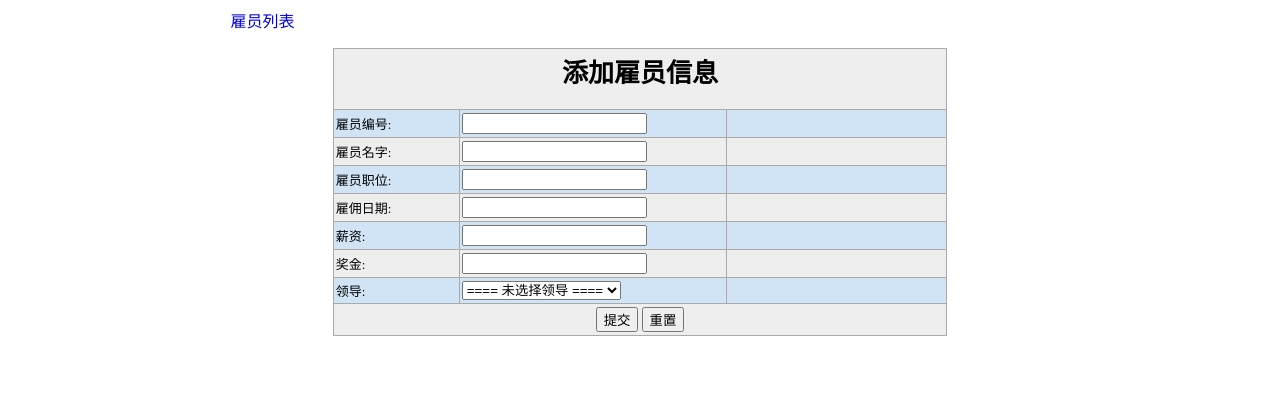
Repository: victorlks/java_with_anything
Page: http://localhost/DepartmentProject/pages/back/admin/employee/employee_insert.jsp
The author's editor kept a copy of each file at every save. The page is drawn from the files as they stood at one save, then again after a run of saves.
The browser window is 1280 px wide. The pictures show the whole page.
The page is served by Tomcat 9. Other server files are loaded and not shown. Queries for data that is not in the repository find no rows.

Above is the page before, as saved 2020-06-17 01:31:00.

### project/java/DepartmentProject/WebRoot/pages/back/admin/employee/employee_insert.jsp
<%@ page language="java" import="java.util.*" pageEncoding="UTF-8"%>
<%@ page import="org.lks.factory.*" %>
<%@ page import="org.lks.vo.*" %>
<%
	request.setCharacterEncoding("UTF-8");
%>
<%
String path = request.getContextPath();
String basePath = request.getScheme()+"://"+request.getServerName()+":"+request.getServerPort()+path+"/";
String doInsertUrl = basePath + "pages/back/admin/employee/" + "employee_insert_do.jsp";
String listUrl = basePath + "pages/back/admin/employee/" + "employee_split_list.jsp";
%>
<%
	Map<String,Object> map = ServiceFactory.getIEmployeeServiceInstance().insertPre();
	List<Employee> all = (List<Employee>)map.get("allEmployees");
%>

<html>
  <head>
    <base href="<%=basePath%>">
    <title>雇员管理</title>
    <link type="text/css" rel="stylesheet" href="css/table.css">
    <link type="text/css" rel="stylesheet" href="css/main.css">
    <script type="text/javascript" src="js/ks_validate.js"></script>
    <script type="text/javascript" src="js/employee.js"></script>
  </head>

  <body>
  	<div class="header">
  		<ul>
  			<li><a href="<%=listUrl%>">雇员列表</a></li>
  		</ul>
  	</div>
  	<div class="employeeForm">
	  	<form action="<%=doInsertUrl%>" method="POST">
	  		<table class="blueTable" style="width:60%">
	  			<tr>
	  				<td colspan="3" style="text-align:center"><h1>添加雇员信息</h1></td>
	  			</tr>
	  			<tr>
	  				<td style="width:8%"><span id="eidTitle">雇员编号</span>:</td>
	  				<td style="width:8%"><input type="text" name="eid" id="eid" onblur="validateTextRegex(this.id, /^\d{10}$/)" onkeyup="validateTextRegex(this.id, /^\d{10}$/)"/></td>
	  				<td style="width:14%"><span id="eidHintMsg"></span></td>
	  			</tr>
	  			<tr>
	  				<td><span id="enameTitle">雇员名字</span>:</td>
	  				<td><input type="text" name="ename" id="ename" onblur="validateTextEmpty(this.id)" onkeyup="validateTextEmpty(this.id)"/></td>
	  				<td><span id="enameHintMsg"></span></td>
	  			</tr>
	  			<tr>
	  				<td><span id="ejobTitle">雇员职位</span>:</td>
	  				<td><input type="text" name="ejob" id="ejob" onblur="validateTextEmpty(this.id)" onkeyup="validateTextEmpty(this.id)"/></td>
	  				<td><span id="ejobHintMsg"></span></td>
	  			</tr>
	  			<tr>
	  				<td><span id="ehiredateTitle">雇佣日期</span>:</td>
	  				<td><input type="text" name="ehiredate" id="ehiredate" onblur="validateTextRegex(this.id,/^\d{4}-\d{2}-\d{2}$/)" onkeyup="validateTextRegex(this.id,/^\d{4}-\d{2}-\d{2}$/)"/></td>
	  				<td><span id="ehiredateHintMsg"></span></td>
	  			</tr>
	  			<tr>
	  				<td><span id="esalaryTitle">薪资</span>:</td>
	  				<td><input type="text" name="esalary" id="esalary" onblur="validateTextEmpty(this.id)" onkeyup="validateTextEmpty(this.id)"/></td>
	  				<td><span id="esalaryHintMsg"></span></td>
	  			</tr>
	  			<tr>
	  				<td><span id="ebonusTitle">奖金</span>:</td>
	  				<td><input type="text" name="ebonus" id="ebonus" onblur="validateTextEmpty(this.id)" onkeyup="validateTextEmpty(this.id)"/></td>
	  				<td><span id="ebonusHintMsg"></span></td>
	  			</tr>
	  			<tr>
	  				<td><span id="emanagerTitle">领导</span>:</td>
	  				<td>
	  					<select name="emanager" id="emanager" onclick="validateTextEmpty(this.id)">
	  						<option value="0">==== 未选择领导 ====</option>
<%
	  						for(int i = 0; i < all.size(); i++){
%>
	  							<option value="<%=all.get(i).getEid()%>"><%=all.get(i).getEname()%></option>
<%
	  						}
%>
	  					</select>
	  				</td>
	  				<td><span id="emanagerHintMsg"></span></td>
	  			</tr>
	  			<tr>
	  				<td colspan="3" style="text-align:center">
	  					<input type="submit" value="提交" onclick="return validateEmployeeAll()"/>
	  					<input type="reset" value="重置"/>
	  				</td>
	  			</tr>
	  		</table>
	  	</form>
  	</div>
  </body>
</html>

### project/java/DepartmentProject/src/org/lks/factory/ServiceFactory.java
package org.lks.factory;

import org.lks.service.IDepartmentService;
import org.lks.service.IEmployeeService;
import org.lks.service.impl.DepartmentServiceImpl;
import org.lks.service.impl.EmployeeServiceImpl;

public class ServiceFactory {

	private ServiceFactory(){}

	public static IDepartmentService getIDepartmentServiceInstance(){
		return new DepartmentServiceImpl();
	}

	public static IEmployeeService getIEmployeeServiceInstance(){
		return new EmployeeServiceImpl();
	}
}

### project/java/DepartmentProject/src/org/lks/service/IEmployeeService.java
package org.lks.service;

import java.util.List;
import java.util.Map;
import java.util.Set;

import org.lks.vo.Employee;

/**
 * 实现Employee表的业务层的执行标准，此类一定要负责数据库的打开与关闭操作<br>
 * 此类可以通过DAOFactory类取得IEmployeeDAO接口对象
 * @author 海燕大笨蛋
 *
 */
public interface IEmployeeService {

	/**
	 * 实现雇员数据的增加操作，本次操作要调用IEmployeeDAO接口的如下方法：<br>
	 * <li>需要调用IEmployeeDAO.findById()方法，判断要增加数据的id是否已经存在；
	 * <li>如果现在要增加的数据id不存在则调用IEmployeeDAO.doCreate()方法，返回操作结果。
	 * @param vo 包含了要增加数据的VO对象
	 * @return 如果增加数据的ID重复或保存失败返回false，否则返回true
	 * @throws Exception SQL执行异常
	 */
	public boolean insert(Employee vo) throws Exception;
	/**
	 * 实现雇员数据的修改操作，本次要调用IEmployeeDAO.doUpdate()方法，本次修改属于全部内容的修改；
	 * @param vo 包含了要修改数据的VO对象
	 * @return 修改成功返回true，否则返回false
	 * @throws Exception SQL执行异常
	 */
	public boolean update(Employee vo) throws Exception;
	/**
	 * 执行雇员数据的删除操作，可以删除多个雇员信息，调用IEmployeeDAO.doRemoveBatch()方法
	 * @param ids 包含了全部要删除数据的集合，没有重复数据
	 * @return 删除成功返回true，否则返回false
	 * @throws Exception SQL执行异常
	 */
	public boolean delete(Set<Long> ids) throws Exception;
//	/**
//	 * 根据雇员id查找雇员的完整信息，调用IEmployeeDAO.findById()方法
//	 * @param id 要查找的雇员ID
//	 * @return 如果找到了雇员信息以VO对象返回，否则返回null
//	 * @throws Exception SQL执行异常
//	 */
//	public Employee updatePre(long id) throws Exception;
	/**
	 * 查询全部雇员信息，调用IEmployeeDAO.findAll()方法
	 * @return 查询结果以List集合的形式返回，如果没有数据则集合的长度为0
	 * @throws Exception SQL执行异常
	 */
	public List<Employee> list() throws Exception;

	/**
	 * 分页显示雇员数据，调用IEmployeeDAO.findAllSplit()方法和IEmployeeDAO.getAllCount()方法
	 * @param currentPage 当前页码
	 * @param lineSize 每页显示数据数量
	 * @param column 查询列
	 * @param keyWord 查询列的关键字
	 * @return Map对象，其中key为“all”的值为该页雇员数据信息，key为“allRecorders”的值为所有雇员数据的数量
	 * @throws Exception SQL执行异常
	 */
	public Map<String, Object> list(int currentPage, int lineSize, String column, String keyWord) throws Exception;

	/**
	 * 根据编号查看雇员信息
	 * @param id 雇员的编号
	 * @return 如果查询到数据以VO对象形式返回，否则返回null
	 * @throws Exception SQL执行异常
	 */
	public Employee show(long id) throws Exception;

	/**
	 * 表示在进行雇员增加前的准备操作，因为要增加雇员前需要查询出所有的雇员和所有的部门数据
	 * @return 返回两组信息，一个是全部的雇员信息，另外一个是全部的部门信息：<br>
	 * <li>key = allEmployees, value = IEmployeeDAO.findAll()查询出所有的雇员
	 * <li>key = allDepartments, value = IDepartmentDAO.findAll()查询出所有的部门
	 * @throws Exception SQL执行异常
	 */
	public Map<String,Object> insertPre() throws Exception;

	/**
	 * 表示 在进行雇员修改前的准备操作，因为要增加雇员前需要查询出所有的雇员和所有的部门数据
	 * @param id 雇员的编号
	 * @return 返回三种信息<br>
	 * <li>key = allEmployees, value = IEmployeeDAO.findAll()查询出所有的雇员
	 * <li>key = employee, value = IEmployeeDAO.findByIDDetails()查询雇员完整信息
	 * <li>key = allDepartments, value = IDepartmentDAO.findAll()查询出所有的部门
	 * @throws Exception SQL执行异常
	 */
	public Map<String,Object> updatePre(long id) throws Exception;

	/**
	 * 使用详细列表的方式列出雇员的完整信息，要执行如下操作：<br>
	 * <li>调用IEmployee.findAllSplitDetails()方法详细列出雇员信息；
	 * <li>调用IEmployee.getAllCount()方法列出详细的雇员人数，主要用于分页操作
	 * @param currentPage
	 * @param lineSize
	 * @param column
	 * @param keyWord
	 * @return 所有的内容以Map集合返回，返回的内容如下：<br>
	 * <li>key = allEmployees, value = IEmployeeDAO.findAllSplitDetails()，分页的详细信息
	 * <li>key = employeeCount, value = IEmployee.getAllCount()，取得全部记录数
	 * @throws Exception
	 */
	public Map<String,Object> listDetails(int currentPage, int lineSize, String column, String keyWord) throws Exception;
}

### project/java/DepartmentProject/src/org/lks/service/IDepartmentService.java
package org.lks.service;

import java.util.List;
import java.util.Map;
import java.util.Set;

import org.lks.vo.Department;

/**
 * 实现Department表的业务层的执行标准，此类一定要负责数据库的打开与关闭操作<br>
 * 此类可以通过DAOFactory类取得IDepartmentDAO接口对象
 * @author 海燕大笨蛋
 *
 */
public interface IDepartmentService {

	/**
	 * 实现部门数据的增加操作，本次操作要调用IDepartmentDAO接口的如下方法：<br>
	 * <li>需要调用IDepartmentDAO.findById()方法，判断要增加数据的id是否已经存在；
	 * <li>如果现在要增加的数据id不存在则调用IDepartmentDAO.doCreate()方法，返回操作结果。
	 * @param vo 包含了要增加数据的VO对象
	 * @return 如果增加数据的ID重复或保存失败返回false，否则返回true
	 * @throws Exception SQL执行异常
	 */
	public boolean insert(Department vo) throws Exception;
	/**
	 * 实现部门数据的修改操作，本次要调用IDepartmentDAO.doUpdate()方法，本次修改属于全部内容的修改；
	 * @param vo 包含了要修改数据的VO对象
	 * @return 修改成功返回true，否则返回false
	 * @throws Exception SQL执行异常
	 */
	public boolean update(Department vo) throws Exception;
	/**
	 * 执行部门数据的删除操作，可以删除多个部门信息，调用IDepartmentDAO.doRemoveBatch()方法
	 * @param ids 包含了全部要删除数据的集合，没有重复数据
	 * @return 删除成功返回true，否则返回false
	 * @throws Exception SQL执行异常
	 */
	public boolean delete(Set<Long> ids) throws Exception;
	/**
	 * 根据部门id查找部门的完整信息，调用IDepartmentDAO.findById()方法
	 * @param id 要查找的部门ID
	 * @return 如果找到了部门信息以VO对象返回，否则返回null
	 * @throws Exception SQL执行异常
	 */
	public Department updatePre(long id) throws Exception;
	/**
	 * 查询全部部门信息，调用IDepartmentDAO.findAll()方法
	 * @return 查询结果以List集合的形式返回，如果没有数据则集合的长度为0
	 * @throws Exception SQL执行异常
	 */
	public List<Department> list() throws Exception;

	/**
	 * 分页显示部门数据，调用IDepartmentDAO.findAllSplit()方法和IDepartmentDAO.getAllCount()方法
	 * @param currentPage 当前页码
	 * @param lineSize 每页显示数据数量
	 * @param column 查询列
	 * @param keyWord 查询列的关键字
	 * @return Map对象，其中key为“all”的值为该页部门数据信息，key为“allRecorders”的值为所有部门数据的数量
	 * @throws Exception SQL执行异常
	 */
	public Map<String, Object> list(int currentPage, int lineSize, String column, String keyWord) throws Exception;

	/**
	 * 列出所有部门的详细信息，调用的是IDepartmentDAO.findAllStatus()操作
	 * @return 所有的部门详细信息以及统计信息将以List集合返回
	 * @throws Exception
	 */
	public List<Department> listDetails() throws Exception;

	/**
	 * 查看一个部门的完整信息，调用的是IDepartmentDAO.findByIdDetails()方法
	 * @param id 部门编号
	 * @return 如果有部门信息则以VO对象的形式返回，否则返回null
	 * @throws Exception
	 */
	public Department show(Long id) throws Exception;
}

### project/java/DepartmentProject/src/org/lks/service/impl/EmployeeServiceImpl.java
package org.lks.service.impl;

import java.util.HashMap;
import java.util.List;
import java.util.Map;
import java.util.Set;

import org.lks.factory.DAOFactory;
import org.lks.service.IEmployeeService;
import org.lks.utils.DatabaseConnection;
import org.lks.vo.Employee;

public class EmployeeServiceImpl implements IEmployeeService {
	private DatabaseConnection databaseConnection = new DatabaseConnection();

	@Override
	public boolean insert(Employee vo) throws Exception {
		try{
			if(DAOFactory.getIEmployeeDAOInstance(this.databaseConnection.getConnection()).findById(vo.getEid()) == null){
				return DAOFactory.getIEmployeeDAOInstance(this.databaseConnection.getConnection()).doCreate(vo);
			}
			return false;
		}catch(Exception e){
			throw e;
		}finally{
			this.databaseConnection.close();
		}
	}

	@Override
	public boolean update(Employee vo) throws Exception {
		try{
			return DAOFactory.getIEmployeeDAOInstance(this.databaseConnection.getConnection()).doUpdate(vo);
		}catch(Exception e){
			throw e;
		}finally{
			this.databaseConnection.close();
		}
	}

	@Override
	public boolean delete(Set<Long> ids) throws Exception {
		try{
			return DAOFactory.getIEmployeeDAOInstance(this.databaseConnection.getConnection()).doRemoveBatch(ids);
		}catch(Exception e){
			throw e;
		}finally{
			this.databaseConnection.close();
		}
	}

//	@Override
//	public Employee updatePre(long id) throws Exception {
//		try{
//			return DAOFactory.getIEmployeeDAOInstance(this.databaseConnection.getConnection()).findById(id);
//		}catch(Exception e){
//			throw e;
//		}finally{
//			this.databaseConnection.close();
//		}
//	}

	@Override
	public List<Employee> list() throws Exception {
		try{
			return DAOFactory.getIEmployeeDAOInstance(this.databaseConnection.getConnection()).findAll();
		}catch(Exception e){
			throw e;
		}finally{
			this.databaseConnection.close();
		}
	}

	@Override
	public Map<String, Object> list(int currentPage, int lineSize, String column, String keyWord) throws Exception {
		try{
			Map<String, Object> map = new HashMap<String, Object>();
			map.put("all", DAOFactory.getIEmployeeDAOInstance(this.databaseConnection.getConnection()).findAllSplit(currentPage, lineSize, column, keyWord));
			map.put("allRecorders", DAOFactory.getIEmployeeDAOInstance(this.databaseConnection.getConnection()).getAllCount(column, keyWord));
			return map;
		}catch(Exception e){
			throw e;
		}finally{
			this.databaseConnection.close();
		}
	}

	@Override
	public Employee show(long id) throws Exception {
		try{
			return DAOFactory.getIEmployeeDAOInstance(this.databaseConnection.getConnection()).findByIdDetails(id);
		}catch(Exception e){
			throw e;
		}finally{
			this.databaseConnection.close();
		}
	}

	@Override
	public Map<String, Object> insertPre() throws Exception {
		try{
			Map<String,Object> map = new HashMap<String,Object>();
			map.put("allEmployees", DAOFactory.getIEmployeeDAOInstance(this.databaseConnection.getConnection()).findAll());
			map.put("allDepartments", DAOFactory.getIDepartmentDAOInstance(this.databaseConnection.getConnection()).findAll());
			return map;
		}catch(Exception e){
			throw e;
		}finally{
			this.databaseConnection.close();
		}
	}

	@Override
	public Map<String, Object> updatePre(long id) throws Exception {
		try{
			Map<String,Object> map = new HashMap<String,Object>();
			map.put("allEmployees", DAOFactory.getIEmployeeDAOInstance(this.databaseConnection.getConnection()).findAll());
			map.put("employee", DAOFactory.getIEmployeeDAOInstance(this.databaseConnection.getConnection()).findByIdDetails(id));
			return map;
		}catch(Exception e){
			throw e;
		}finally{
			this.databaseConnection.close();
		}
	}

	@Override
	public Map<String, Object> listDetails(int currentPage, int lineSize, String column, String keyWord)
			throws Exception {
		try{
			Map<String,Object> map = new HashMap<String,Object>();
			map.put("allEmployees", DAOFactory.getIEmployeeDAOInstance(this.databaseConnection.getConnection()).findAllSplitDetails(currentPage, lineSize, column, keyWord));
			map.put("employeeCount", DAOFactory.getIEmployeeDAOInstance(this.databaseConnection.getConnection()).getAllCount(column, keyWord));
			map.put("allDepartments", DAOFactory.getIDepartmentDAOInstance(this.databaseConnection.getConnection()).findAll());
			return map;
		}catch(Exception e){
			throw e;
		}finally{
			this.databaseConnection.close();
		}
	}


}

### project/java/DepartmentProject/src/org/lks/utils/DatabaseConnection.java
package org.lks.utils;

import java.sql.Connection;
import java.sql.DriverManager;
import java.sql.SQLException;

public class DatabaseConnection {

	private static final String DRIVERCLASS = "com.mysql.cj.jdbc.Driver";
	private static final String URL = "jdbc:mysql://127.0.0.1/test?serverTimezone=UTC";
	private static final String USERNAME = "root";
	private static final String PASSWORD = "19990821";

	private Connection conn = null;

	public DatabaseConnection(){
		try {
			Class.forName(DRIVERCLASS);
			this.conn = DriverManager.getConnection(URL, USERNAME, PASSWORD);
		} catch (Exception e) {
			e.printStackTrace();
		}
	}

	public Connection getConnection(){
		return this.conn;
	}

	public void close(){
		try {
			if(this.conn != null){
				this.conn.close();
			}
		} catch (SQLException e) {
			// TODO Auto-generated catch block
			e.printStackTrace();
		}
	}
}

### project/java/DepartmentProject/src/org/lks/factory/DAOFactory.java
package org.lks.factory;

import java.sql.Connection;

import org.lks.dao.IDepartmentDAO;
import org.lks.dao.IEmployeeDAO;
import org.lks.dao.impl.DepartmentDAOImpl;
import org.lks.dao.impl.EmployeeDAOImpl;

public class DAOFactory {

	private DAOFactory(){}

	public static IDepartmentDAO getIDepartmentDAOInstance(Connection conn){
		return new DepartmentDAOImpl(conn);
	}

	public static IEmployeeDAO getIEmployeeDAOInstance(Connection conn){
		return new EmployeeDAOImpl(conn);
	}
}

### project/java/DepartmentProject/src/org/lks/dao/IBaseDAO.java
package org.lks.dao;

import java.util.List;
import java.util.Set;

/**
 * 定义公共的DAO操作接口标准，基本的功能包括：增加、修改全部、删除数据、根据编号查询查询全部、分页查询显示、数据统计
 * @author 海燕大笨蛋
 *
 * @param <K> 表示要操作的主键类型，由子接口实现
 * @param <V> 表示要操作的VO类型，由子接口实现
 */
public interface IBaseDAO<K,V> {
	/**
	 * 实现数据的增加操作
	 * @param vo 包含了要增加的数据的VO对象
	 * @return 数据保存成功返回true，否则返回false
	 * @throws Exception SQL执行异常
	 */
	public boolean doCreate(V vo) throws Exception;

	/**
	 * 实现数据的修改操作，本次修改是根据id进行全部字段数据的修改
	 * @param vo 包含了要修改数据的信息，一定要提供有ID内容
	 * @return 数据修改成功返回true，否则返回false
	 * @throws Exception SQL执行异常
	 */
	public boolean doUpdate(V vo) throws Exception;
	/**
	 * 执行数据的批量删除操作，所有要删除的数据以Set集合的形式保存
	 * @param ids 包含了所有要删除的数据ID，不能包含有重复内容
	 * @return 删除成功返回true（删除的数据个数与要删除的数据个数相同），否则返回false
	 * @throws Exception SQL执行异常
	 */
	public boolean doRemoveBatch(Set<K> ids) throws Exception;
	/**
	 * 根据用户id查询指定信息
	 * @param id 要查询的用户的id
	 * @return 如果信息存在，则将数据以VO类对象的形式返回，如果用户数据不存在，则返回null
	 * @throws Exception
	 */
	public V findById(K id) throws Exception;
	/**
	 * 查询指定数据表的全部记录，并且以集合的形式返回
	 * @return 如果表中有数据，则所有的数据会封装为VO对象而后利用List集合返回，<br>
	 * 如果没有数据，那么集合的长度为0（size() == 0，不是null）
	 * @throws Exception SQL执行异常
	 */
	public List<V> findAll() throws Exception;
	/**
	 * 分页进行数据的模糊查询，查询结果以集合的形式返回
	 * @param currentPage 当前所在的页
	 * @param lineSize 每页显示数据行数
	 * @param column 要进行模糊查询的数据列
	 * @param keyWord 模糊查询的关键字
	 * @return 如果表中有数据，则所有的数据会封装为VO对象而后利用List集合返回，<br>
	 * 如果没有数据，那么集合的长度为0（size() == 0，不是null）
	 * @throws Exception SQL执行异常
	 */
	public List<V> findAllSplit(Integer currentPage, Integer lineSize, String column, String keyWord) throws Exception;
	/**
	 * 进行模糊查询数据量的统计，如果表中没有记录统计的结果就是0
	 * @param column 要进行模糊查询的数据列
	 * @param keyWord 模糊查询的关键字
	 * @return 返回表中的数据量，如果没有数据返回0
	 * @throws Exception SQL执行异常
	 */
	public Long getAllCount(String column, String keyWord) throws Exception;
}

### project/java/DepartmentProject/src/org/lks/dao/IEmployeeDAO.java
package org.lks.dao;

import java.util.List;
import java.util.Set;

import org.lks.vo.Employee;

public interface IEmployeeDAO extends IBaseDAO<Long, Employee> {

	/**
	 * 根据部门的编号删除本部门的所有雇员信息。
	 * @param ids 部门编号
	 * @throws Exception SQL执行异常
	 */
	public void doRemoveBatchByDepartmentId(Set<Long> ids) throws Exception;

	/**
	 * 表示要查询一个雇员的完整信息，包括领导信息以及所在部门信息
	 * @param id 要查询的雇员编号
	 * @return 如果查询到内容则以VO对象返回，否则返回null
	 * @throws Exception SQL执行异常
	 */
	public Employee findByIdDetails(Long id) throws Exception;

	/**
	 * 查询详细的雇员信息，包含有雇员的完整信息、领导信息、部门信息
	 * @param currentPage 当前所在的页
	 * @param lineSize 每页显示数据行数
	 * @param column 要进行模糊查询的数据列
	 * @param keyWord 模糊查询的关键字
	 * @return 以List集合的方式返回，如果没有数据返回集合长度为0（size() == 0）
	 * @throws Exception SQL执行异常
	 */
	public List<Employee> findAllSplitDetails(Integer currentPage, Integer lineSize, String column, String keyWord) throws Exception;

	/**
	 * 根据部门编号查询出此部门的全部雇员信息
	 * @param id 部门编号
	 * @param currentPage 当前所在页
	 * @param lineSize 每页显示的数据行数
	 * @param column 模糊查询列
	 * @param keyWord 模糊查询关键字
	 * @return 返回的是一个部门的所有雇员信息，如果此部门没有雇员，则返回数据长度为0
	 * @throws Exception SQL执行异常
	 */
	public List<Employee> findAllByDepartmentId(Long id, Integer currentPage, Integer lineSize, String column, String keyWord) throws Exception;
}

### project/java/DepartmentProject/src/org/lks/dao/IDepartmentDAO.java
package org.lks.dao;

import java.util.List;

import org.lks.vo.Department;

public interface IDepartmentDAO extends IBaseDAO<Long, Department> {

	/**
	 * 实现全部部门完整信息的查询操作，包含的信息内容有：<br>
	 * <li>包含有部门的基础信息：did、dname、dlocation；
	 * <li>包含部门的统计信息：人数、平均工资、最高工资、最低工资、总工资
	 * @return 以List集合的方式返回，如果没有数据则集合长度为0（size() == 0）
	 * @throws Exception
	 */
	public List<Department> findAllStatus() throws Exception;

	/**
	 * 查询单个部门的完整信息，包含的信息内容有：<br>
	 * <li>包含有部门的基础信息：did、dname、dlocation；
	 * <li>包含部门的统计信息：人数、平均工资、最高工资、最低工资、总工资
	 * @param id 部门编号
	 * @return 如果查询出此部门的信息，则以对象的形式返回，否则返回null；
	 * @throws Exception
	 */
	public Department findByIdDetails(Long id) throws Exception;
}

### project/java/DepartmentProject/src/org/lks/dao/util/AbstractBaseDAO.java
package org.lks.dao.util;

import java.sql.Connection;
import java.sql.PreparedStatement;
import java.sql.ResultSet;
import java.util.Iterator;
import java.util.Set;

public abstract class AbstractBaseDAO {

	protected Connection conn;

	public AbstractBaseDAO(Connection conn){
		this.conn = conn;
	}

	public boolean removeHandle(Set<Long> ids, String tableName, String idName) throws Exception {
		StringBuffer sql = new StringBuffer("DELETE FROM "+ tableName +" WHERE " + idName +" IN(");
		Iterator<Long> iter = ids.iterator();
		while(iter.hasNext()){
			sql.append(iter.next()).append(",");
		}
		sql.delete(sql.length() - 1, sql.length()).append(")");
		PreparedStatement pstmt = this.conn.prepareStatement(sql.toString());
		return pstmt.executeUpdate() == ids.size();
	}

	public Long getAllCountHandle(String column, String keyWord, String tableName) throws Exception {
		String sql = "SELECT COUNT(*) FROM " + tableName + " WHERE " + column + " LIKE ?";
		PreparedStatement pstmt = this.conn.prepareStatement(sql);
		pstmt.setString(1, "%" + keyWord + "%");
		ResultSet rs = pstmt.executeQuery();
		if(rs.next()){
			return rs.getLong(1);
		}
		return 0L;
	}
}

### project/java/DepartmentProject/WebRoot/css/table.css
@CHARSET "UTF-8";
table.blueTable {
  border: 1px solid #1C6EA4;
  background-color: #EEEEEE;
  width: 30%;
  margin-left:auto;
  margin-right:auto;
  border-collapse: collapse;
}
table.blueTable td {
  border: 1px solid #AAAAAA;
  padding: 3px 2px;
}
table.blueTable tr td {
  font-size: 13px;
}
table.blueTable tr:nth-child(even) {
  background: #D0E4F5;
}

### project/java/DepartmentProject/WebRoot/css/main.css
@CHARSET "UTF-8";

body{
	width:80%;
	margin-left:auto;
	margin-right:auto;
}

.departmentForm{

}

.employeeForm{

}

.header{
	width: 80%;
	margin-left: auto;
	margin-right: auto;
}

.header ul {
	list-style-type: none;
	padding: 0;
}

.header ul li {
	display: inline-block;
	text-align: center;
}

.header ul li a {
	text-decoration: none;
}

Loaded but not shown: project/java/DepartmentProject/WebRoot/js/ks_validate.js (29 lines, source omitted); project/java/DepartmentProject/WebRoot/js/employee.js (15 lines, source omitted); project/java/DepartmentProject/src/org/lks/dao/impl/EmployeeDAOImpl.java (249 lines, source omitted); project/java/DepartmentProject/src/org/lks/dao/impl/DepartmentDAOImpl.java (158 lines, source omitted)

After the next 2 saves:
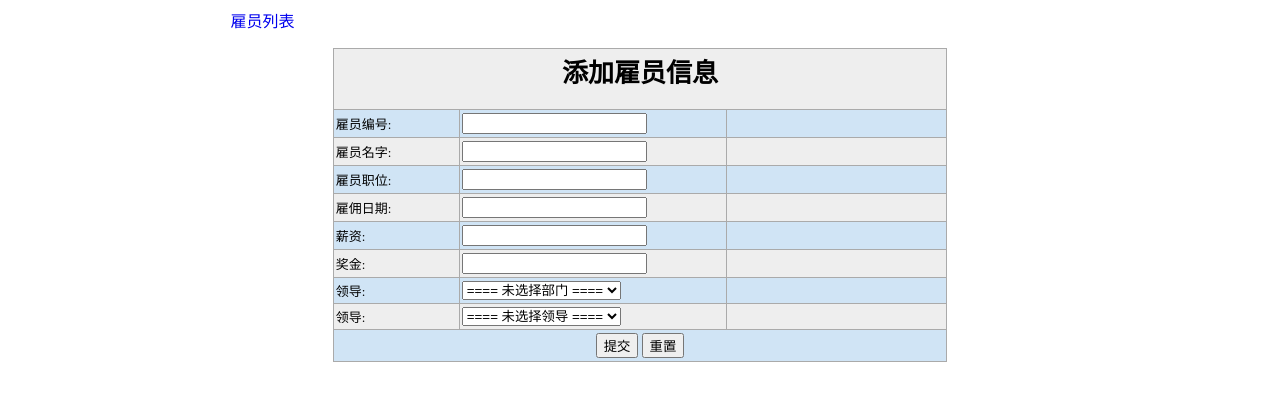
The 2 saves are shown as one change because 1 did not build or start.
The last was saved 3 min 10 s later.
--- a/project/java/DepartmentProject/WebRoot/pages/back/admin/employee/employee_insert.jsp
+++ b/project/java/DepartmentProject/WebRoot/pages/back/admin/employee/employee_insert.jsp
@@ -12,7 +12,8 @@ String listUrl = basePath + "pages/back/admin/employee/" + "employee_split_list.
 %>
 <%
 	Map<String,Object> map = ServiceFactory.getIEmployeeServiceInstance().insertPre();
-	List<Employee> all = (List<Employee>)map.get("allEmployees");
+	List<Employee> allEmployees = (List<Employee>)map.get("allEmployees");
+	List<Department> allDepartments = (List<Department>)map.get("allDepartments");
 %>
 
 <html>
@@ -71,11 +72,27 @@ String listUrl = basePath + "pages/back/admin/employee/" + "employee_split_list.
 	  				<td><span id="emanagerTitle">领导</span>:</td>
 	  				<td>
 	  					<select name="emanager" id="emanager" onclick="validateTextEmpty(this.id)">
+	  						<option value="0">==== 未选择部门 ====</option>
+<%
+	  						for(int i = 0; i < allDepartments.size(); i++){
+%>
+	  							<option value="<%=allDepartments.get(i).getDid()%>"><%=allDepartments.get(i).getDname()%></option>
+<%
+	  						}
+%>
+	  					</select>
+	  				</td>
+	  				<td><span id="emanagerHintMsg"></span></td>
+	  			</tr>
+	  			<tr>
+	  				<td><span id="emanagerTitle">领导</span>:</td>
+	  				<td>
+	  					<select name="emanager" id="emanager" onclick="validateTextEmpty(this.id)">
 	  						<option value="0">==== 未选择领导 ====</option>
 <%
-	  						for(int i = 0; i < all.size(); i++){
+	  						for(int i = 0; i < allEmployees.size(); i++){
 %>
-	  							<option value="<%=all.get(i).getEid()%>"><%=all.get(i).getEname()%></option>
+	  							<option value="<%=allEmployees.get(i).getEid()%>"><%=allEmployees.get(i).getEname()%></option>
 <%
 	  						}
 %>
